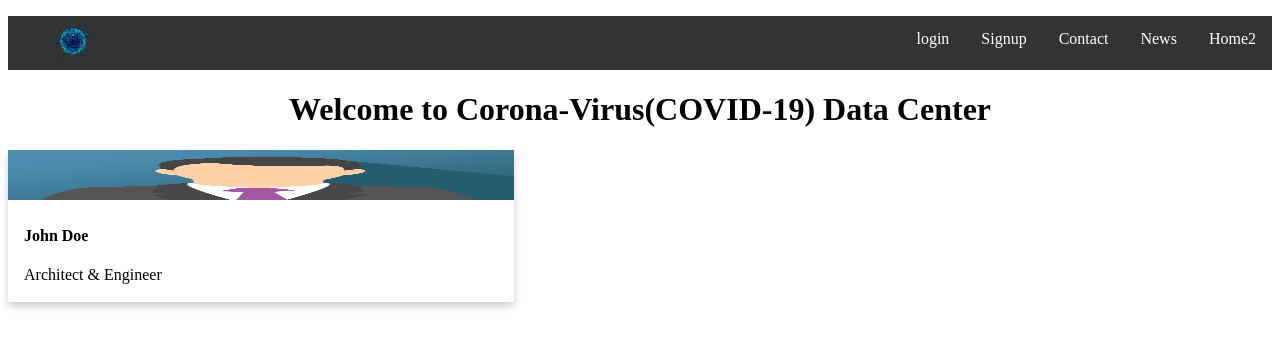
Repository: xthashankar/COVID-19-data-
Page: news.html
These files come from the project's save history. The page is drawn as it stood at one moment and after the next save; the edit follows.
The browser window is 1280 px wide. The pictures show the whole page.
The page's requests for data from a server got no answer.

Above is the page before, as saved 2020-04-10 16:35:52.

After the next save:
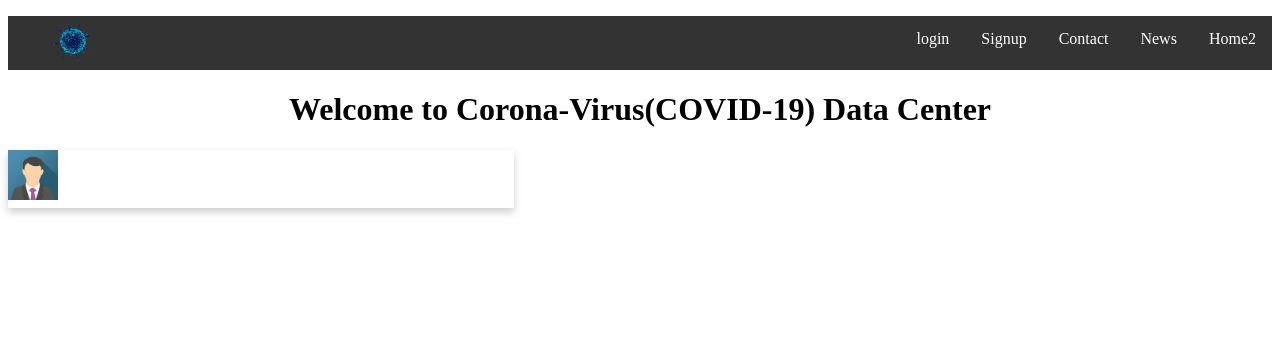
Saved 103 s later.
--- a/news.html
+++ b/news.html
@@ -20,8 +20,8 @@
     <h1>Welcome to Corona-Virus(COVID-19) Data Center</h1>
 
     <div class="card">
-        <img src="image/img_avatar.png" alt="Avatar" style="width:100%">
-        <div class="container">
+        <img src="image/img_avatar.png" alt="Avatar" style="width:100%, height=100%;">
+        <div class="container
           <h4><b>John Doe</b></h4>
           <p>Architect & Engineer</p>
         </div>
